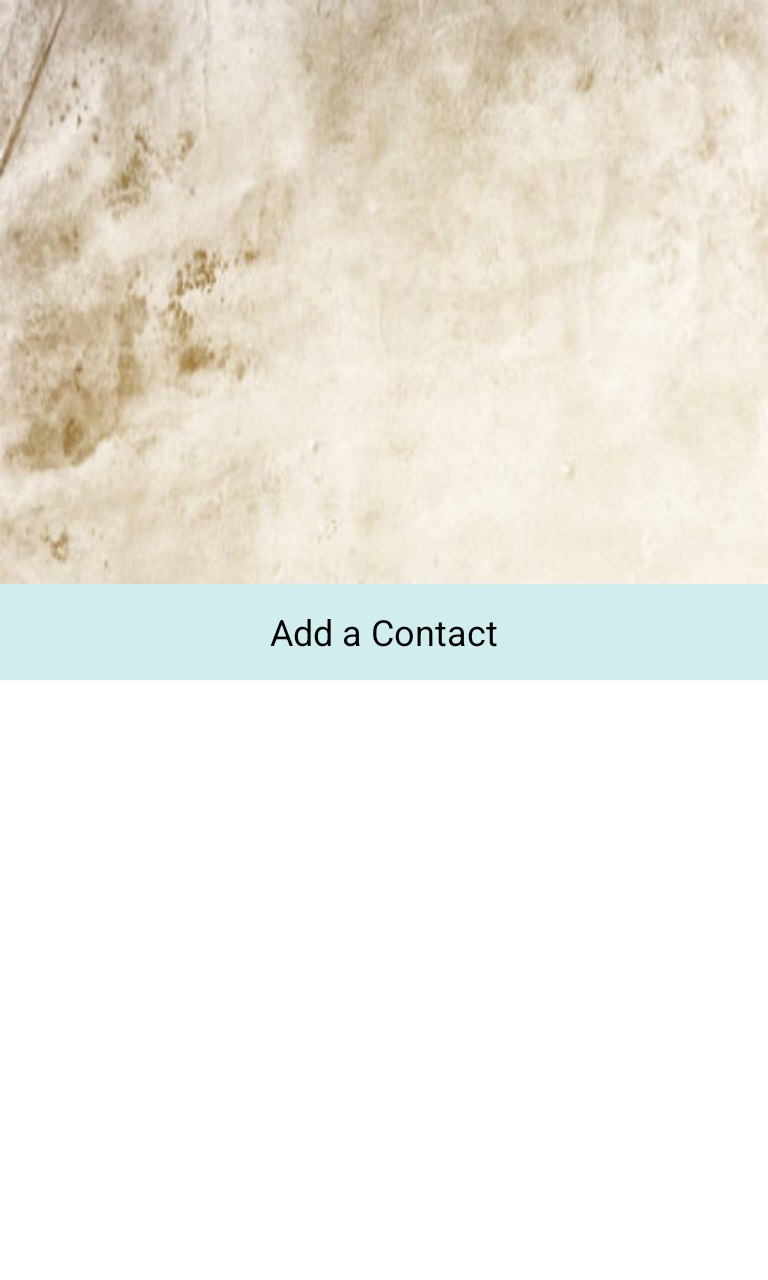
Repository: kenshiryu7/mdv-projects
Layout: Java_2/Java2_w3/res/layout/activity_main.xml
An editor plug-in stored every save of this project. The layout is shown before and after the next save, followed by the edit.
It is drawn on a 768 x 1280 px phone screen (xhdpi) without system bars, with theme AppTheme; the app's code is not run. Lists and similar views that code fills are empty.

Above is the layout before, as saved 2012-12-02 08:17:20.

### Java_2/Java2_w3/res/layout/activity_main.xml
<LinearLayout xmlns:android="http://schemas.android.com/apk/res/android"
    xmlns:tools="http://schemas.android.com/tools"
    android:layout_width="fill_parent"
    android:layout_height="fill_parent"
    android:focusable="false"
    android:orientation="vertical" >

    <ListView
        android:id="@android:id/list"
        android:layout_width="match_parent"
        android:layout_height="292dp"
        android:background="@drawable/row_bg"
        android:focusable="true" >

    </ListView>

    <Button
        android:id="@+id/button1"
        android:layout_width="match_parent"
        android:layout_height="wrap_content"
        android:background="#D1EEEE"
        android:focusable="false"
        android:text="@string/add_button" />

</LinearLayout>

### Java_2/Java2_w3/res/values/strings.xml
<resources>

    <string name="app_name">Java2_w3</string>
    <string name="hello_world">Hello world!</string>
    <string name="menu_settings">Settings</string>
    <string name="title_activity_main">MainActivity</string>

    <string name="add_button">Add a Contact</string>

</resources>

Loaded but not shown: Java_2/Java2_w3/res/values-v11/styles.xml (common file); Java_2/Java2_w3/res/values-v14/styles.xml (common file); Java_2/Java2_w3/res/values/styles.xml (common file)

After the next save:
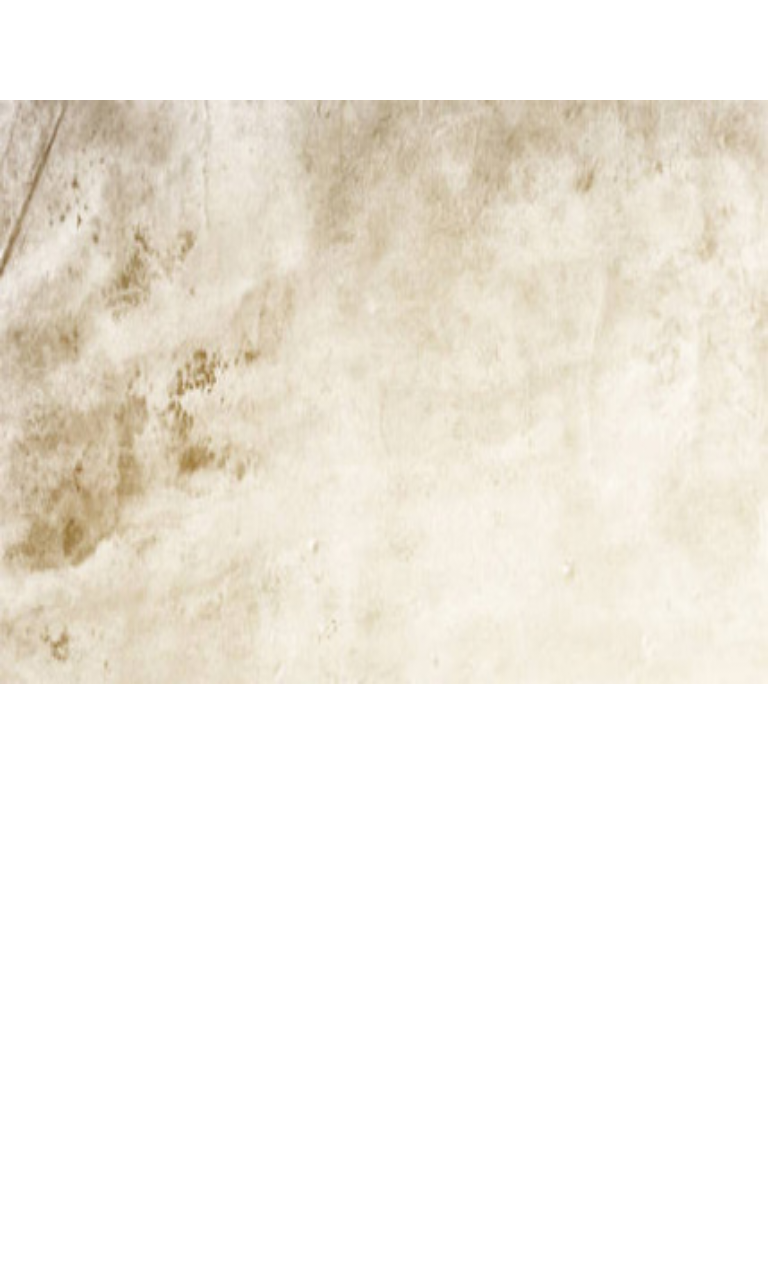
Saved 2 min 20 s later.
--- a/Java_2/Java2_w3/res/layout/activity_main.xml
+++ b/Java_2/Java2_w3/res/layout/activity_main.xml
@@ -4,6 +4,19 @@
     android:layout_height="fill_parent"
     android:focusable="false"
     android:orientation="vertical" >
+
+    <LinearLayout name="butt_lin"
+        android:layout_width="match parent"
+        android:layout_height="50dp">
+
+         <Button
+        android:id="@+id/addButt"
+        android:layout_width="match_parent"
+        android:layout_height="40dp"
+        android:background="#EBEBEB"
+        android:text="@string/add_button"
+         />
+    </LinearLayout>
 
     <ListView
         android:id="@android:id/list"
@@ -14,12 +27,6 @@
 
     </ListView>
 
-    <Button
-        android:id="@+id/button1"
-        android:layout_width="match_parent"
-        android:layout_height="wrap_content"
-        android:background="#D1EEEE"
-        android:focusable="false"
-        android:text="@string/add_button" />
+
 
 </LinearLayout>
